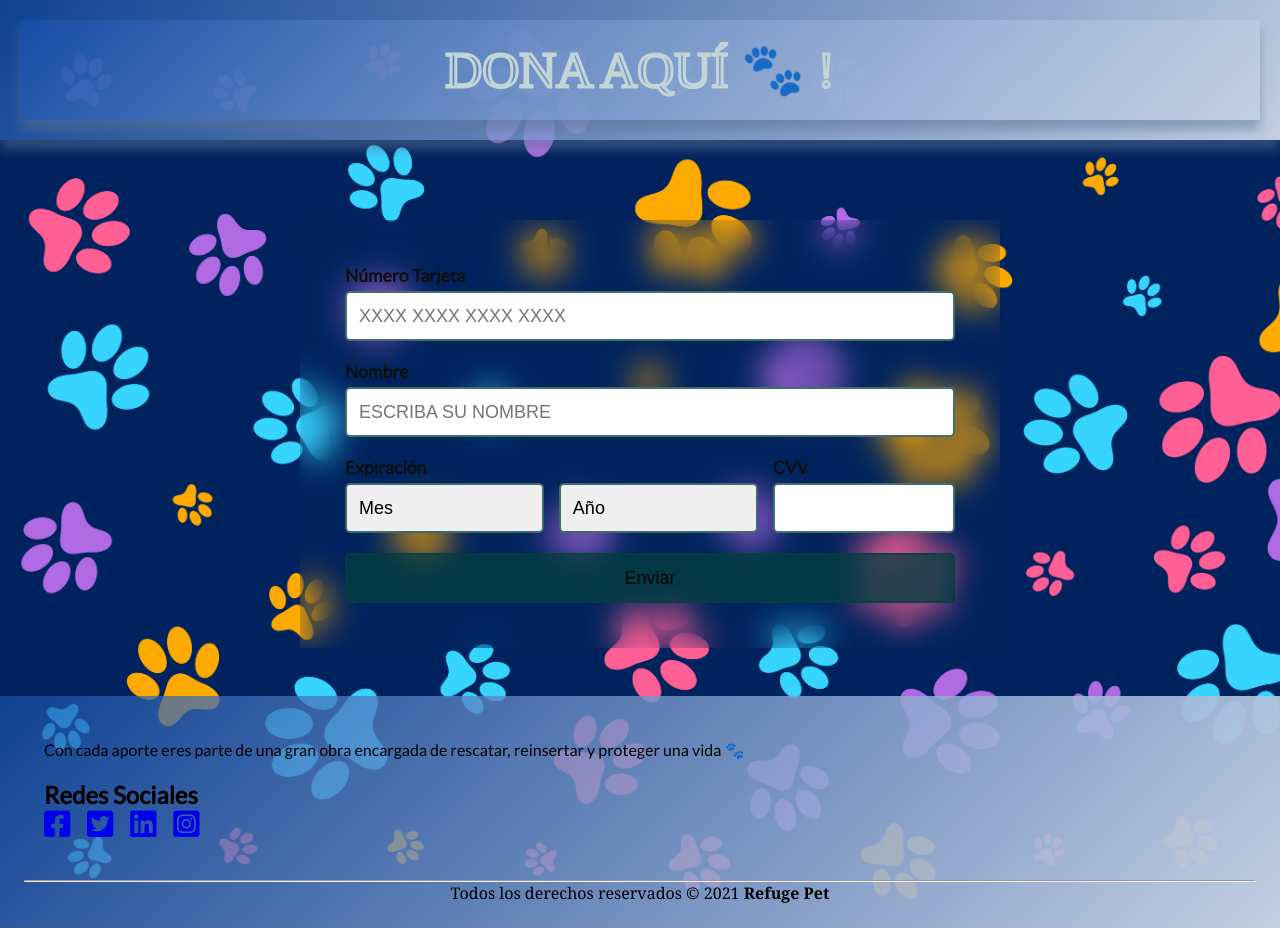
Repository: andreasvidal/SCL019-card-validation
Page: src/views/cardvalidation.html
These files come from the project's save history. The page is drawn as it stood at one moment and after the next save; the edit follows.
The browser window is 1280 px wide. The pictures show the whole page.
Some web fonts or font styles are not loaded; a fallback is used. Some web libraries are served in a nearby version.

Above is the page before, as saved 2022-04-13 10:10:17.

### src/views/cardvalidation.html
<!DOCTYPE html>
<html lang="en">

<head>
    <meta charset="UTF-8" />
    <meta http-equiv="X-UA-Compatible" content="IE=edge" />
    <meta name="viewport" content="width=device-width, initial-scale=1.0" />
    <link rel="preconnect" href="https://fonts.googleapis.com" />
    <link rel="preconnect" href="https://fonts.gstatic.com" crossorigin />
    <link href="https://fonts.googleapis.com/css2?family=Lato:ital,wght@0,400;1,700&display=swap" rel="stylesheet" />
    <link rel="preconnect" href="https://fonts.googleapis.com" />
    <link rel="preconnect" href="https://fonts.gstatic.com" crossorigin />
    <link href="https://fonts.googleapis.com/css2?family=Hurricane&family=Lato:ital,wght@1,700&display=swap" rel="stylesheet" />
    <link rel="stylesheet" href="https://use.fontawesome.com/releases/v5.8.1/css/all.css" integrity="sha384-50oBUHEmvpQ+1lW4y57PTFmhCaXp0ML5d60M1M7uH2+nqUivzIebhndOJK28anvf" crossorigin="anonymous" />
    <link rel="stylesheet" href="../css/formstyle.css" />
    <link rel="stylesheet" href="../css/style.css" />
    <title>Formulario</title>
</head>

<!--contenido principal formulario-->

<body>
    <div class="subtitle">
        <p class="subtitle">DONA AQUÍ 🐾 !</p>
    </div>
    <form id="formValidation" class="form-validation">
        <div class="bg-blur">
            <div class="data-card" id="dataForm">
                <label for="inputNumber">Número Tarjeta</label>
                <input type="text" id="inputNumber" name="number" maxlength="16" autocomplete="off" pattern="[0-9]+" placeholder="XXXX XXXX XXXX XXXX" required />
                <h5 id="print"></h5>
            </div>
            <div class="data-card">
                <label for="inputNameUser">Nombre </label>
                <input type="text" id="inputNameUser" name="nameUser" placeholder="Escriba su nombre" required />
                <h5 id="print"></h5>
            </div>
            <!--datos expiración tarjeta-->
            <div class="flexbox">
                <div class="data-card expider-date">
                    <label for="monthSelect">Expiración</label>
                    <div class="flexbox">
                        <div class="data-card-select">
                            <select name="monthSelect" id="monthSelect" required>
                <option disabled selected>Mes</option>
                <option value="1">1</option>
                <option value="2">2</option>
                <option value="3">3</option>
                <option value="4">4</option>
                <option value="5">5</option>
                <option value="6">6</option>
                <option value="7">7</option>
                <option value="8">8</option>
                <option value="9">9</option>
                <option value="10">10</option>
                <option value="11">11</option>
                <option value="12">12</option>
              </select>
                        </div>
                        <div class="data-card-select">
                            <select name="yearSelect" id="yearSelect" required>
                <option disabled selected>Año</option>
                <option value="2">2014</option>
                <option value="5">2015</option>
                <option value="6">2016</option>
                <option value="7">2017</option>
                <option value="8">2018</option>
                <option value="9">2019</option>
                <option value="10">2020</option>
                <option value="11">2021</option>
                <option value="12">2022</option>
              </select>
                        </div>
                    </div>
                </div>
                <div class="data-card ccv">
                    <label for="inputCcv">CVV</label>
                    <input type="text" id="inputCcv" name="inputCcv" maxlength="3" required />
                </div>
            </div>
            <button type="submit" value="sendForm" class="btn-send" id="sendForm">
        Enviar
      </button>
        </div>
    </form>
    <footer>
        <div class="container__footer">
            <div class="box__footer">
                <div class="terms">
                    <p>
                        Con cada aporte eres parte de una gran obra encargada de rescatar, reinsertar y proteger una vida 🐾
                    </p>
                </div>
            </div>
            <div class="box__footer">
                <h2>Redes Sociales</h2>
                <a href="#"> <i class="fab fa-facebook-square"></i></a>
                <a href="#"><i class="fab fa-twitter-square"></i></a>
                <a href="#"><i class="fab fa-linkedin"></i></a>
                <a href="#"><i class="fab fa-instagram-square"></i></a>
            </div>
        </div>
        <div class="box__copyright">
            <hr />
            <p>Todos los derechos reservados © 2021 <b>Refuge Pet</b></p>
        </div>
    </footer>
    <!-- jQuery-->
    <script src="https://ajax.googleapis.com/ajax/libs/jquery/3.6.0/jquery.min.js"></script>
    <!--materialize -->
    <!--JS-->
    <script src="../js/index.js" type="module"></script>
</body>

</html>

### src/css/formstyle.css
* {
    padding: 0;
    margin: 0;
    box-sizing: border-box;
}

body {
    font-family: 'Lato', 'sans-serif';
    background-image: url(../assets/img/fondopatas.jpg);
    background-size: cover;
    background-repeat: no-repeat;
}


/*estilos formulario validacion*/

.form-validation {
    color: beige;
    width: 100%;
    max-width: 700px;
    margin-left: 300px;
    border-radius: 10px;
    position: relative;
    top: 80px;
    z-index: 1;
}

.bg-blur {
    backdrop-filter: blur(1rem);
    width: 100%;
    padding: 45px;
}

.form-validation label {
    display: block;
    color: rgb(15, 15, 15);
    margin-bottom: 5px;
    font-size: 1.1rem;
    font-weight: 700;
}

.form-validation input,
.form-validation select,
.btn-send {
    border: 2px solid rgba(4, 63, 63, 0.753);
    font-size: 18px;
    height: 50px;
    width: 100%;
    padding: 5px 12px;
    border-radius: 5px;
}

.form-validation input:hover,
.form-validation select:hover {
    border: 2px solid rgb(23, 24, 24);
}

.form-validation input:focus,
.form-validation select:focus {
    outline: rgb(173, 182, 182);
    box-shadow: 0 8px 8px 0 rgba(32, 38, 46, 0.3);
}

.form-validation input {
    margin-bottom: 20px;
    text-transform: uppercase;
}

.form-validation .flexbox {
    display: flex;
    justify-content: space-between;
}

.form-validation .expider-date {
    width: 100%;
}

.form-validation .ccv {
    min-width: 10px;
}

.form-validation .data-card-select {
    width: 100%;
    margin-right: 15px;
    position: relative;
}

.form-validation select {
    -webkit-appearance: none;
}


/*backgrond btn enviar*/

.btn-send {
    background: rgba(4, 63, 63, 0.753);
    ;
}

.btn-send:hover {
    background-color: rgba(94, 126, 136, 0.651);
    cursor: pointer;
}

#print {
    color: rgb(38, 41, 41);
    font-size: 16px;
}


/*footer*/

.terms {
    height: 30px;
    margin-bottom: 50px;
}

footer {
    width: 100%;
    padding: 1.5rem;
    margin-top: 10%;
    background-size: cover;
    background-image: linear-gradient(135deg, #1650adad 0%, #c3cfe2 100%);
    box-shadow: 0 10px 10px 0 rgba(90, 116, 148, 0.3);
}

.box__footer {
    padding: 20px;
    height: 10px;
}

.fab {
    padding-right: 40px;
    width: 20px;
    height: 20px;
    font-size: 30px;
}

.box__copyright {
    padding-top: 5rem;
    text-align: center;
    font-family: Georgia, 'Times New Roman', Times, serif;
    font-size: 1rem;
}

### src/css/style.css
     * {
         padding: 0;
         margin: 0;
         box-sizing: border-box;
     }

     body {
         font-family: 'Lato', 'sans-serif';
         background-image: url(../assets/img/fondopatas.jpg);
     }
     /*estilo titulo*/

     .title-h1 {
         font-family: 'Raleway', sans-serif;
         text-decoration: underline overline wavy rgba(183, 0, 255, 0.514);
         padding: 40px 100px;
         color: rgb(74, 80, 80);
         display: flex;
         flex-direction: column;
         align-items: center;
         box-shadow: 0 10px 10px 0 rgba(90, 116, 148, 0.3);
         background-image: linear-gradient(135deg, #f5f7fa 0%, #c3cfe2 100%);
         font-size: 8vw;
     }

     .subtitle {
         font-family: 'Shadows Into Light', cursive;
         text-align: center;
         padding: 20px 20px;
         color: rgb(74, 80, 80);
         font-size: 4vw;
         -webkit-text-fill-color: transparent;
         -webkit-text-stroke: 3px rgb(195, 214, 214);
         background-image: linear-gradient(135deg, #1650adad 0%, #c3cfe2 100%);
         box-shadow: 0 10px 10px 0 rgba(90, 116, 148, 0.5);
     }

     .img-banner {
         display: flex;
         height: 500px;
         z-index: -1;
         flex-direction: row;
         margin-left: 50px;
         align-items: center;
         margin-bottom: -50px;
         border-radius: 15px;
     }
     /*contenedor tarjeta*/

     .container {
         width: 90%;
         max-width: 1000px;
         padding: 20px 60px;
         margin: auto;
         display: flex;
         /* deja los elementos en forma de columna*/
         flex-direction: column;
         /*align-items no sirve para centrar de forma vertical (se utiliza justify), se utiliza al cambiar la dirección con flex-direction*/
         align-items: center;
     }
     /*estilo tarjeta*/

     .card {
         padding-top: 30px;
         width: 100%;
         max-width: 550px;
         position: relative;
         color: rgb(37, 36, 36);
         cursor: pointer;
     }

     .card>div {
         padding: 30px;
         border-radius: 15px;
         min-height: 315px;
         display: flex;
         flex-direction: column;
         justify-content: space-between;
         box-shadow: 0 10px 10px 0 rgba(90, 116, 148, 0.822);
     }

     .style-card {
         width: 100%;
         background: url(../assets/img/background-card/bg-img-2.jpg);
         background-size: cover;
     }
     /*para mantener el espeacio de la imagen logo (contenedor vacio)*/

     .style-card .logo-card {
         text-align: right;
         min-height: 50px;
     }

     .style-card .logo-card img {
         width: 100%;
         height: 100%;
         object-fit: cover;
         max-width: 80px;
     }

     .style-card .chip-card {
         width: 100%;
         max-width: 50px;
         margin-bottom: 20px;
     }

     .style-card .form-group .card-label {
         font-size: 16px;
         color: rgb(115, 131, 131);
         margin-bottom: 5px;
     }

     .style-card .card-group .number-card,
     .style-card .card-group .name-card,
     .style-card .card-group .expider {
         /*color: rgb(74, 80, 80);*/
         font-size: 22px;
         text-transform: uppercase;
     }

     .style-card .flexbox {
         display: flex;
         justify-content: space-between;
         margin-top: 20px;
     }
     /*btn abrir formulario*/

     .btn-open {
         color: rgb(195, 214, 214);
         box-shadow: 0 10px 10px 0 rgba(90, 116, 148, 0.3);
         background: rgba(183, 0, 255, 0.514);
         width: 50px;
         height: 50px;
         margin-top: -10px;
         border-radius: 100%;
         z-index: 2;
     }

     .btn-open:hover {
         opacity: 0.50;
         -moz-opacity: .50;
         filter: alpha (opacity=50);
     }

     .btn-open {
         text-decoration: none;
         padding-top: 15px;
         text-align: center;
     }

### src/js/index.js
/*import validator from '../js/validator.js';

//Llamando al DOM

const btnForm = document.getElementById("sendForm");
const form = document.getElementById("#formValidation");
btnForm.addEventListener('click', function(e) {
    e.preventDefault();
    let creditCardNumber = document.getElementById('inputNumber').value;
    let maskified = validator.maskify(creditCardNumber);
    if (creditCardNumber === "") {
        return document.getElementById("print").innerHTML = "Reingrese su número de tarjeta sin espacios ni carácteres especiales";
    } else {
        return document.getElementById("print").innerHTML = "Tu tarjeta N° " + maskified + " es válida";
    }
})


// inputName solo letras, inputCcv y inputNumber  solo numeros
let inputNumber = document.getElementById('inputNumber');
let inputName = document.getElementById('inputNameUser');
let inputCcv = document.getElementById('inputCcv');

const onlyNum = /[^0-9]/g;
const onlypLet = /[^a-zA-ZÑñáéíóúÁÉÍÓÚ\s]*$/g;
inputNumber.addEventListener('input', function() {
    inputNumber.value = inputNumber.value.replace(onlyNum, '');
});
inputName.addEventListener('input', function() {
    inputName.value = inputName.value.replace(onlypLet, '');
});
inputCcv.addEventListener('input', function() {
    inputCcv.value = inputCcv.value.replace(onlyNum, '');
});

// mes y años
for (let i = 1; i <= 12; i++) {
    let optionDate = document.createElement('option');
    optionDate.value = i;
    optionDate.innerText = i;
    form.monthSelect.appendChild(optionDate);
}

// * Select del año generado dinamicamente.
const yearActual = new Date().getFullYear();
for (let i = yearActual; i <= yearActual + 8; i++) {
    let optionDate = document.createElement('option');
    optionDate.value = i;
    optionDate.innerText = i;
    optionDate.selectYear.appendChild(optionDate);
}*/

After the next save:
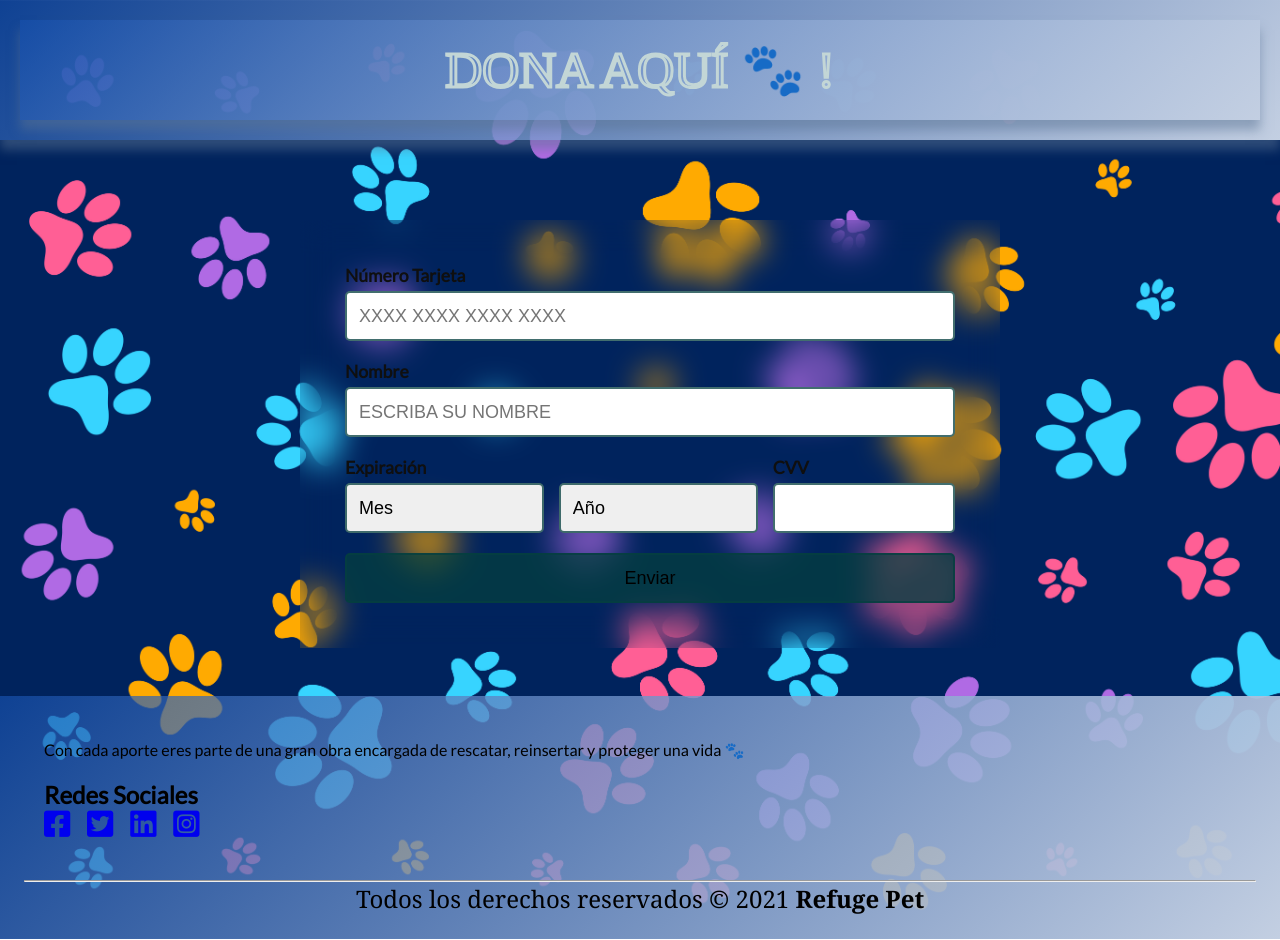
Saved 6 s later.
--- a/src/css/formstyle.css
+++ b/src/css/formstyle.css
@@ -140,5 +140,5 @@ footer {
     padding-top: 5rem;
     text-align: center;
     font-family: Georgia, 'Times New Roman', Times, serif;
-    font-size: 1rem;
+    font-size: 1.5rem;
 }
